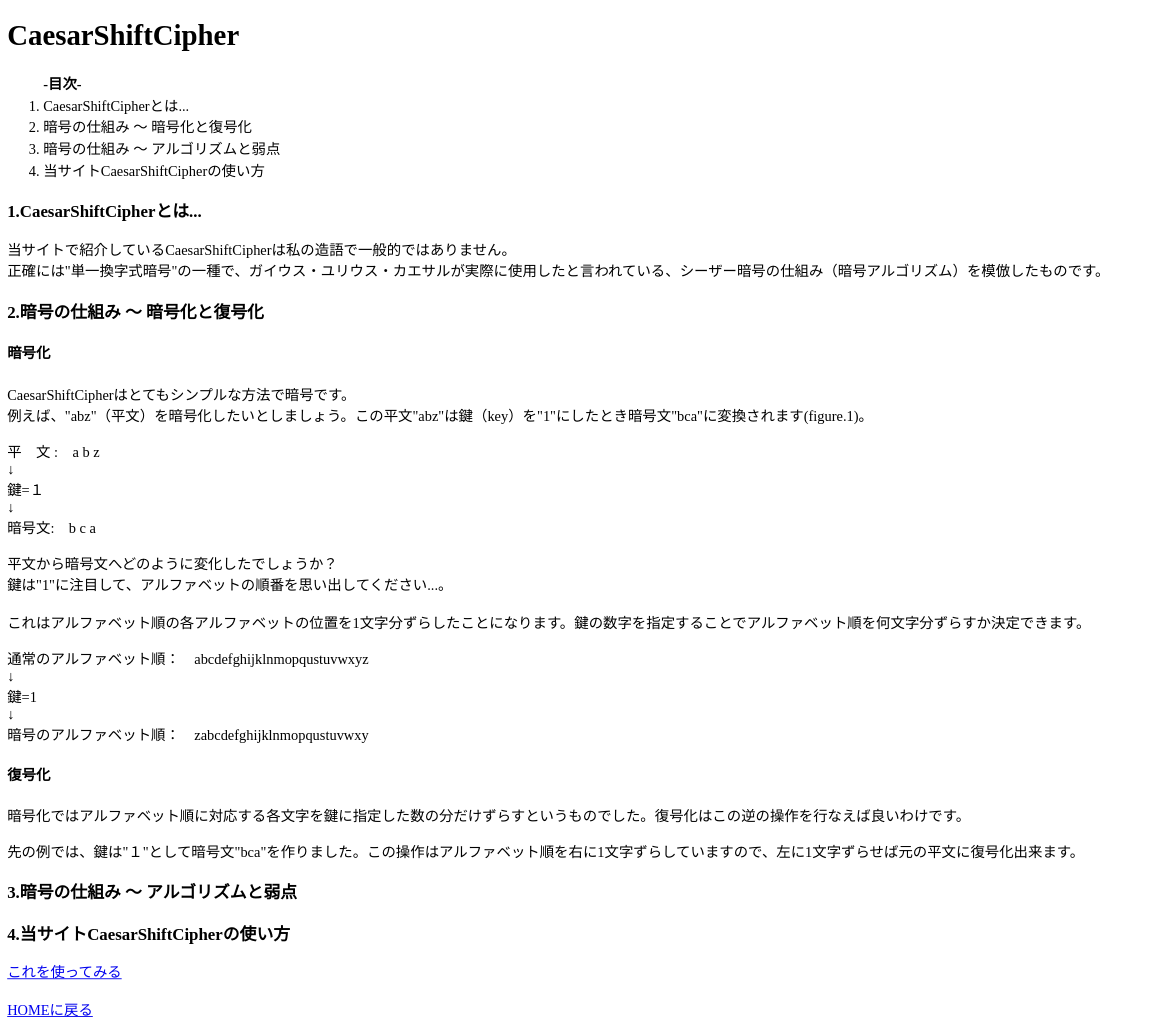
Repository: RantaWatari/TEST
Page: http://localhost/CipherProject/CipherMore?page=1
The author's editor kept a copy of each file at every save. The page is drawn from the files as they stood at one save, then again after the next save.
The browser window is 1280 px wide. The pictures show the whole page, at 90% of full size.
The page is served by Tomcat 9.

Above is the page before, as saved 2017-07-25 02:59:59.

### CipherProject/WebContent/WEB-INF/jsp/CaesarShiftCipher.jsp
<%@ page language="java" contentType="text/html; charset=UTF-8"
    pageEncoding="UTF-8"%>
<!DOCTYPE html PUBLIC "-//W3C//DTD HTML 4.01 Transitional//EN" "http://www.w3.org/TR/html4/loose.dtd">
<html>
<head>
<meta http-equiv="Content-Type" content="text/html; charset=UTF-8">
<title>CaesarShiftCipher-Page</title>
</head>
<body>

<h1>CaesarShiftCipher</h1>
	<ol>
	<strong>-目次-</strong>
	<li>CaesarShiftCipherとは...</li>
	<li>暗号の仕組み ～ 暗号化と復号化</li>
	<li>暗号の仕組み ～ アルゴリズムと弱点</li>
	<li>当サイトCaesarShiftCipherの使い方</li>
	</ol>
<h3>1.CaesarShiftCipherとは...</h3>
	<p>当サイトで紹介しているCaesarShiftCipherは私の造語で一般的ではありません。<br>
	正確には"単一換字式暗号"の一種で、ガイウス・ユリウス・カエサルが実際に使用したと言われている、シーザー暗号の仕組み（暗号アルゴリズム）を模倣したものです。</p>
<h3>2.暗号の仕組み ～ 暗号化と復号化</h3>
	<h4>暗号化</h4>
		<p>CaesarShiftCipherはとてもシンプルな方法で暗号です。<br>例えば、"abz"（平文）を暗号化したいとしましょう。この平文"abz"は鍵（key）を"1"にしたとき暗号文"bca"に変換されます(figure.1)。</p>
		<p>平　文 :　a b z<br>↓<br>鍵=１<br>↓<br>暗号文:　b c a</p>
		<p>平文から暗号文へどのように変化したでしょうか？<br>鍵は"1"に注目して、アルファベットの順番を思い出してください...。<br><br>これはアルファベット順の各アルファベットの位置を1文字分ずらしたことになります。鍵の数字を指定することでアルファベット順を何文字分ずらすか決定できます。</p>
		<p>通常のアルファベット順：　abcdefghijklnmopqustuvwxyz<br>↓<br>鍵=1<br>↓<br>暗号のアルファベット順：　zabcdefghijklnmopqustuvwxy</p>
	<h4>復号化</h4>
		<p>暗号化ではアルファベット順に対応する各文字を鍵に指定した数の分だけずらすというものでした。復号化はこの逆の操作を行なえば良いわけです。</p>
		<p>先の例では、鍵は"１"として暗号文"bca"を作りました。この操作はアルファベット順を右に1文字ずらしていますので、左に1文字ずらせば元の平文に復号化出来ます。</p>
<h3>3.暗号の仕組み ～ アルゴリズムと弱点</h3>
	<p></p>
<h3>4.当サイトCaesarShiftCipherの使い方</h3>
	<p></p>
<a href="http://localhost/CaesarShiftCipher/CaesarShiftCipher">これを使ってみる</a><br><br>
<a href="/CipherProject/">HOMEに戻る</a>

</body>
</html>

### CipherProject/src/servlet/Cipher.java
package servlet;

import java.io.IOException;

import javax.servlet.RequestDispatcher;
import javax.servlet.ServletException;
import javax.servlet.annotation.WebServlet;
import javax.servlet.http.HttpServlet;
import javax.servlet.http.HttpServletRequest;
import javax.servlet.http.HttpServletResponse;

@WebServlet("/CipherMore")
public class Cipher extends HttpServlet {
	private static final long serialVersionUID = 1L;

	protected void doGet(HttpServletRequest request, HttpServletResponse response) throws ServletException, IOException {

		String page =  request.getParameter("page");
		int pageNum = Integer.parseInt(page);

		if(pageNum == 0){

		}else if(pageNum == 1){
			RequestDispatcher dispatcher = request.getRequestDispatcher("/WEB-INF/jsp/CaesarShiftCipher.jsp");
			dispatcher.forward(request, response);
		}else if(pageNum == 2){
			RequestDispatcher dispatcher = request.getRequestDispatcher("/WEB-INF/jsp/VigenereCipher.jsp");
			dispatcher.forward(request, response);
		}else if(pageNum == 3){
			RequestDispatcher dispatcher = request.getRequestDispatcher("/WEB-INF/jsp/Enigma.jsp");
			dispatcher.forward(request, response);
		}else if(pageNum == 777){
			RequestDispatcher dispatcher = request.getRequestDispatcher("/WEB-INF/jsp/Unicode.jsp");
			dispatcher.forward(request, response);
		}

	}

}

After the next save:
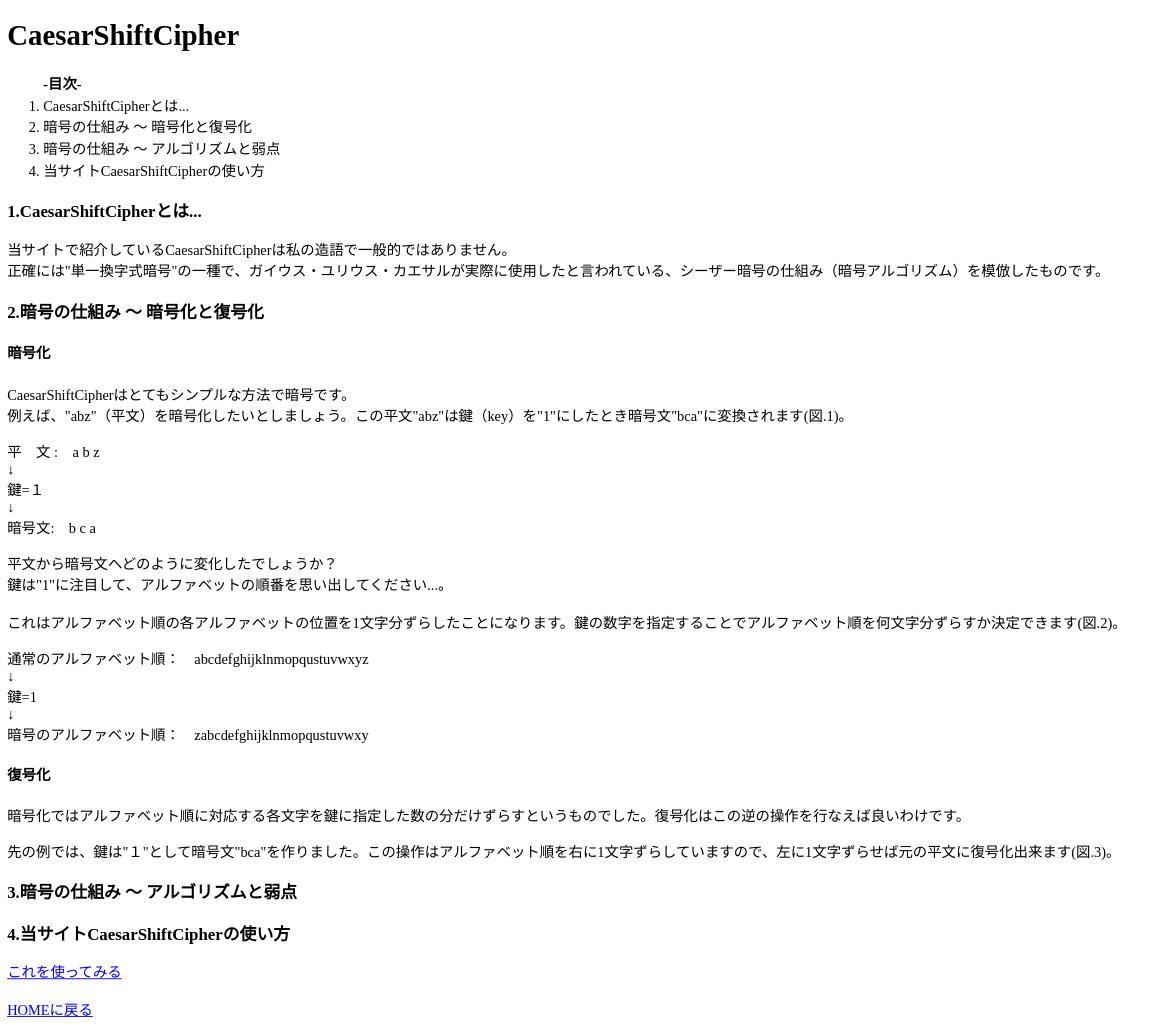
Saved 46 s later.
--- a/CipherProject/WebContent/WEB-INF/jsp/CaesarShiftCipher.jsp
+++ b/CipherProject/WebContent/WEB-INF/jsp/CaesarShiftCipher.jsp
@@ -21,13 +21,13 @@
 	正確には"単一換字式暗号"の一種で、ガイウス・ユリウス・カエサルが実際に使用したと言われている、シーザー暗号の仕組み（暗号アルゴリズム）を模倣したものです。</p>
 <h3>2.暗号の仕組み ～ 暗号化と復号化</h3>
 	<h4>暗号化</h4>
-		<p>CaesarShiftCipherはとてもシンプルな方法で暗号です。<br>例えば、"abz"（平文）を暗号化したいとしましょう。この平文"abz"は鍵（key）を"1"にしたとき暗号文"bca"に変換されます(figure.1)。</p>
+		<p>CaesarShiftCipherはとてもシンプルな方法で暗号です。<br>例えば、"abz"（平文）を暗号化したいとしましょう。この平文"abz"は鍵（key）を"1"にしたとき暗号文"bca"に変換されます(図.1)。</p>
 		<p>平　文 :　a b z<br>↓<br>鍵=１<br>↓<br>暗号文:　b c a</p>
-		<p>平文から暗号文へどのように変化したでしょうか？<br>鍵は"1"に注目して、アルファベットの順番を思い出してください...。<br><br>これはアルファベット順の各アルファベットの位置を1文字分ずらしたことになります。鍵の数字を指定することでアルファベット順を何文字分ずらすか決定できます。</p>
+		<p>平文から暗号文へどのように変化したでしょうか？<br>鍵は"1"に注目して、アルファベットの順番を思い出してください...。<br><br>これはアルファベット順の各アルファベットの位置を1文字分ずらしたことになります。鍵の数字を指定することでアルファベット順を何文字分ずらすか決定できます(図.2)。</p>
 		<p>通常のアルファベット順：　abcdefghijklnmopqustuvwxyz<br>↓<br>鍵=1<br>↓<br>暗号のアルファベット順：　zabcdefghijklnmopqustuvwxy</p>
 	<h4>復号化</h4>
 		<p>暗号化ではアルファベット順に対応する各文字を鍵に指定した数の分だけずらすというものでした。復号化はこの逆の操作を行なえば良いわけです。</p>
-		<p>先の例では、鍵は"１"として暗号文"bca"を作りました。この操作はアルファベット順を右に1文字ずらしていますので、左に1文字ずらせば元の平文に復号化出来ます。</p>
+		<p>先の例では、鍵は"１"として暗号文"bca"を作りました。この操作はアルファベット順を右に1文字ずらしていますので、左に1文字ずらせば元の平文に復号化出来ます(図.3)。</p>
 <h3>3.暗号の仕組み ～ アルゴリズムと弱点</h3>
 	<p></p>
 <h3>4.当サイトCaesarShiftCipherの使い方</h3>
